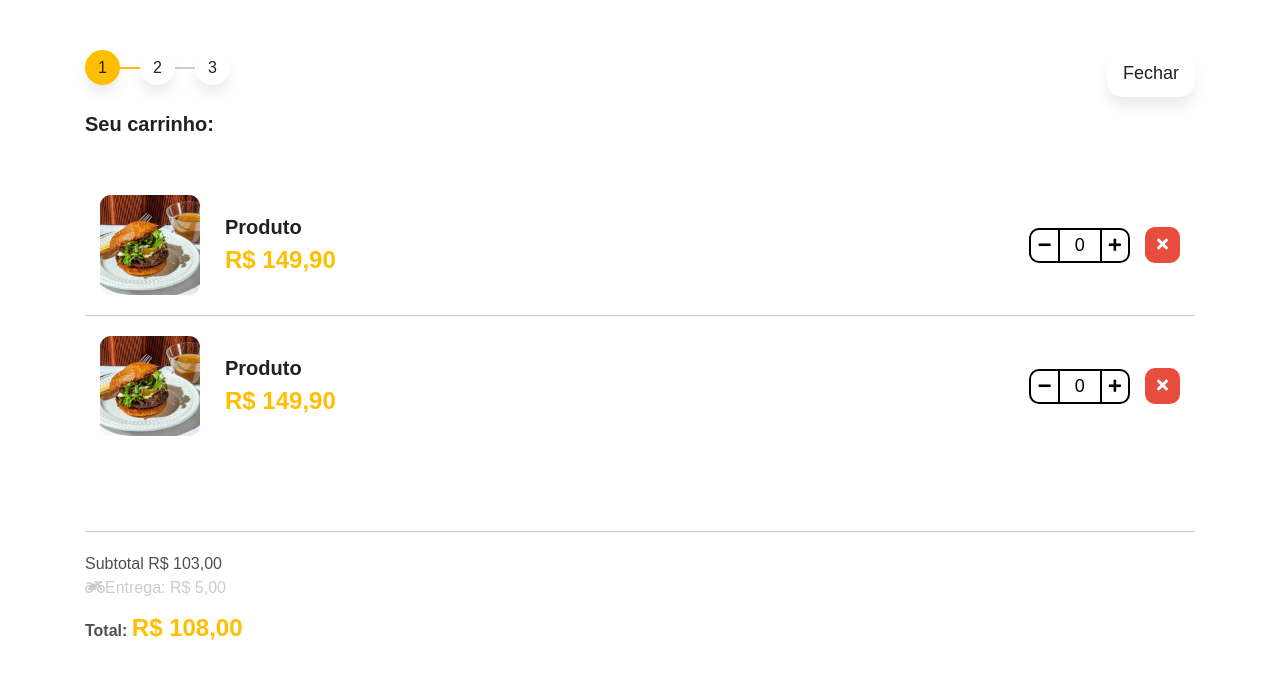
Repository: darkness318/restaraunt
Page: index.html
The author's editor kept a copy of each file at every save. The page is drawn from the files as they stood at one save, then again after the next save.
The browser window is 1280 px wide. The pictures show the window.
A layer covers the whole window, so only the first screen is drawn.

Above is the page before, as saved 2024-10-01 10:14:39.

### index.html
<!DOCTYPE html>
<html lang="pt-br">
  <head>
    <meta charset="UTF-8" />
    <meta name="viewport" content="width=device-width, initial-scale=1.0" />
    <title>Restaurente - Seja bem vindo!</title>
    <link rel="stylesheet" href="./css/bootstrap.min.css" />
    <link rel="stylesheet" href="./css/fontawesome.css" />
    <link rel="stylesheet" href="./css/main.css" />
  </head>

  <body>
    <section class="header">
      <div class="container">
        <nav class="navbar navbar-expand-lg pl-0 pr-0">
          <a class="navbar-brand" href="#">
            <img src="./img/logo.png" width="160" class="img-logo" />
          </a>
          <button
            class="navbar-toggler"
            type="button"
            data-toggle="collapse"
            data-target="#navbarNavDropdown"
          >
            <span class="navbar-toggler-icon">
              <i class="fas fa-bars"></i>
            </span>
          </button>
          <div class="collapse navbar-collapse" id="navbarNavDropdown">
            <ul class="navbar-nav ml-auto mr-auto">
              <li class="nav-item">
                <a href="#reservas" class="nav-link"><b>Reservas</b></a>
              </li>
              <li class="nav-item">
                <a href="#servicos" class="nav-link"><b>Serviços</b></a>
              </li>
              <li class="nav-item">
                <a href="#cardapio" class="nav-link"><b>Cardápio</b></a>
              </li>
              <li class="nav-item">
                <a href="#depoimentos" class="nav-link"><b>Depoimentos</b></a>
              </li>
            </ul>
            <a class="btn btn-white btn-icon">
              Meu carrinho
              <span class="icon">
                <i class="fa fa-shopping-bag"></i>
              </span>
            </a>
          </div>
        </nav>
      </div>
    </section>

    <section class="banner">
      <div class="container">
        <div class="row">
          <div class="col-6">
            <div class="d-flex text-banner">
              <h1>
                <b>Escolha sua comida <b class="color-primary">favorita.</b></b>
              </h1>
              <p>
                Aproveite nosso cardápio! Escolha o que desejar e receba em sua
                casa de forma rápida e segura.
              </p>
              <div>
                <a class="btn btn-yellow mt-4 mr-3"> Ver Cardápio </a>
                <a href="#" class="btn btn-white btn-icon-left mt-4">
                  <span class="icon-left">
                    <i class="fa fa-phone"></i>
                  </span>
                  (66) 9 9999-8888
                </a>
              </div>
            </div>
            <a class="btn btn-sm btn-white btn-social mt-4 mr-3">
              <i class="fab fa-instagram"></i>
            </a>
            <a class="btn btn-sm btn-white btn-social mt-4 mr-3">
              <i class="fab fa-facebook-f"></i>
            </a>
            <a class="btn btn-sm btn-white btn-social mt-4">
              <i class="fab fa-whatsapp"></i>
            </a>
          </div>
          <div class="col-6">
            <div class="card-banner"></div>
            <div class="d-flex img-banner">
              <img src="./img/burguer.png" />
            </div>
            <div class="card card-case">
              "Entrega rápida e funcionários simpáticos.
              <br />A comida chegou quente e <br />
              muito saborosa!"
              <span class="card-case-name">
                <b>Thiago Lopes</b>
              </span>
            </div>
          </div>
        </div>
      </div>
    </section>
    <section class="servicos" id="servicos">
      <div class="background-servicos"></div>

      <div class="container">
        <div class="class row">
          <div class="col-12 text-center mb-5">
            <span class="hint-title"><b>Serviços</b></span>
            <h1 class="title">
              <b>Como são nossos serviços?</b>
            </h1>
          </div>

          <div class="col-4 mb-5">
            <div class="card-icon text-center">
              <img src="./img/icone-pedido.svg" width="150 " />
            </div>

            <div class="card-text text-center mt-3">
              <p><b>Fácil de pedir</b></p>
              <span>
                Você só precisa de alguns passos para pedir sua comida.
              </span>
            </div>
          </div>

          <div class="col-4 mb-5">
            <div class="card-icon text-center">
              <img src="./img/icone-delivery.svg" width="250 " />
            </div>

            <div class="card-text text-center mt-3">
              <p><b>Entrega Rápida</b></p>
              <span> Nossa entrega é sempre pontual, rápida e segura. </span>
            </div>
          </div>

          <div class="col-4 mb-5">
            <div class="card-icon text-center">
              <img src="./img/icone-qualidade.svg" width="250 " />
            </div>

            <div class="card-text text-center mt-3">
              <p><b>Melhor qualidade</b></p>
              <span>
                Não só a rapidez na entrega, a qualidade também é o nosso forte.
              </span>
            </div>
          </div>
        </div>
      </div>
    </section>
    <section class="cardapio" id="cardapio">
      <div class="background-cardapio"></div>

      <div class="container">
        <div class="row">
          <div class="col-12 text-center mb-5">
            <span class="hint-title"><b>Cardápio</b></span>
            <h1 class="title">
              <b>Conheça o nosso Cardápio</b>
            </h1>
          </div>

          <div class="col-12 container-menu">
            <a class="btn btn-white btn-sm mr-3">
              <i class="fas fa-hamburger"></i>&nbsp;Burgers
            </a>
            <a class="btn btn-white btn-sm mr-3">
              <i class="fas fa-pizza-slice"></i>&nbsp;Pizzas
            </a>
            <a class="btn btn-white btn-sm mr-3">
              <i class="fas fa-drumstick-bite"></i>&nbsp;Churrasco
            </a>
            <a class="btn btn-white btn-sm mr-3">
              <i class="fas fa-bacon"></i>&nbsp;Steaks
            </a>
            <a class="btn btn-white btn-sm mr-3">
              <i class="fas fa-cocktail"></i>&nbsp;Bebidas
            </a>
            <a class="btn btn-white btn-sm mr-3">
              <i class="fas fa-ice-cream"></i>&nbsp;Sobremesas
            </a>
          </div>

          <div class="col-12">
            <div class="row" id="itensCardapio">
              <div class="col-3 mb-5">
                <div class="card card-item">
                  <div class="img-produto">
                    <img
                      src="./img/cardapio/burguers/burger-au-poivre-kit-4-pack.3ca0e39b02db753304cd185638dad518.jpg"
                    />
                  </div>
                  <p class="title-produto text-center mt-4">
                    <b>Nome do produto muito grande</b>
                  </p>
                  <p class="price-produto text-center">
                    <b>R$ 154,90</b>
                  </p>

                  <div class="add-carrinho">
                    <span class="btn-menos"><i class="fas fa-minus"></i></span>
                    <span class="btn-numero-itens">0</span>
                    <span class="btn-mais"><i class="fas fa-plus"></i></span>
                    <span class="btn btn-add"
                      ><i class="fa fa-shopping-bag"></i
                    ></span>
                  </div>
                </div>
              </div>

              <div class="col-3 mb-5">
                <div class="card card-item">
                  <div class="img-produto">
                    <img
                      src="./img/cardapio/burguers/burger-au-poivre-kit-4-pack.3ca0e39b02db753304cd185638dad518.jpg"
                    />
                  </div>
                  <p class="title-produto text-center mt-4">
                    <b>Nome do produto muito grande</b>
                  </p>
                  <p class="price-produto text-center">
                    <b>R$ 154,90</b>
                  </p>

                  <div class="add-carrinho">
                    <span class="btn-menos"><i class="fas fa-minus"></i></span>
                    <span class="btn-numero-itens">0</span>
                    <span class="btn-mais"><i class="fas fa-plus"></i></span>
                    <span class="btn btn-add"
                      ><i class="fa fa-shopping-bag"></i
                    ></span>
                  </div>
                </div>
              </div>

              <div class="col-3 mb-5">
                <div class="card card-item">
                  <div class="img-produto">
                    <img
                      src="./img/cardapio/burguers/burger-au-poivre-kit-4-pack.3ca0e39b02db753304cd185638dad518.jpg"
                    />
                  </div>
                  <p class="title-produto text-center mt-4">
                    <b>Nome do produto muito grande</b>
                  </p>
                  <p class="price-produto text-center">
                    <b>R$ 154,90</b>
                  </p>

                  <div class="add-carrinho">
                    <span class="btn-menos"><i class="fas fa-minus"></i></span>
                    <span class="btn-numero-itens">0</span>
                    <span class="btn-mais"><i class="fas fa-plus"></i></span>
                    <span class="btn btn-add"
                      ><i class="fa fa-shopping-bag"></i
                    ></span>
                  </div>
                </div>
              </div>

              <div class="col-3 mb-5">
                <div class="card card-item">
                  <div class="img-produto">
                    <img
                      src="./img/cardapio/burguers/burger-au-poivre-kit-4-pack.3ca0e39b02db753304cd185638dad518.jpg"
                    />
                  </div>
                  <p class="title-produto text-center mt-4">
                    <b>Nome do produto muito grande</b>
                  </p>
                  <p class="price-produto text-center">
                    <b>R$ 154,90</b>
                  </p>

                  <div class="add-carrinho">
                    <span class="btn-menos"><i class="fas fa-minus"></i></span>
                    <span class="btn-numero-itens">0</span>
                    <span class="btn-mais"><i class="fas fa-plus"></i></span>
                    <span class="btn btn-add"
                      ><i class="fa fa-shopping-bag"></i
                    ></span>
                  </div>
                </div>
              </div>
            </div>
          </div>
          <div class="col-12 text-center">
            <a class="btn btn-white btn-sm">Ver mais</a>
          </div>
        </div>
      </div>
    </section>
    <section class="depoimentos" id="depoimentos">
      <div class="background-depoimentos"></div>
      <div class="container">
        <div class="row">
          <div class="col-5 text-center">
            <div class="card-depoimentos"></div>
            <div class="d-flex img-banner">
              <img src="./img/pizzas.png" />
            </div>
          </div>

          <div class="col-7">
            <span class="hint-title"><b>Depoimentos</b></span>
            <h1 class="title">
              <b>O que dizem sobre nós</b>
            </h1>
            <div class="mb-5">
              <div class="depoimento" id="depoimento-1">
                <div class="container-dados-depoimento">
                  <div class="imagem-depoimento"></div>
                  <div>
                    <p class="nome-depoimento"><b>Diego Pereira</b></p>
                    <p class="nota-depoimento">
                      <i class="fas fa-star"></i>
                      <i class="fas fa-star"></i>
                      <i class="fas fa-star"></i>
                      <i class="fas fa-star"></i>
                      <i class="fas fa-star-half-alt"></i>&nbsp;
                      <span>4.5</span>
                    </p>
                  </div>
                </div>
                <p class="texto-depoimento">
                  <i class="fas fa-quote-left"></i>
                  <span>
                    Muito bom, recomendo demais! Comida muito bem feita pelo
                    chefe, atendimento dentro dos parâmetros e boa comunicação
                    com o cliente.
                  </span>
                  <i class="fas fa-quote-right"></i>
                </p>
              </div>

              <div class="depoimento hidden" id="depoimento-2">
                <div class="container-dados-depoimento">
                  <div class="imagem-depoimento"></div>
                  <div>
                    <p class="nome-depoimento"><b>Ana Beatriz</b></p>
                    <p class="nota-depoimento">
                      <i class="fas fa-star"></i>
                      <i class="fas fa-star"></i>
                      <i class="fas fa-star"></i>
                      <i class="fas fa-star"></i>
                      <i class="fas fa-star"></i>&nbsp; <span>5.0</span>
                    </p>
                  </div>
                </div>
                <p class="texto-depoimento">
                  <i class="fas fa-quote-left"></i>
                  <span>
                    Um jantar perfeito do começo ao fim. Comida, experiência,
                    serviço... foi tão maravilhoso que fomos dois dias seguidos
                    - fato inédito para mim em uma viagem.
                  </span>
                  <i class="fas fa-quote-right"></i>
                </p>
              </div>

              <div class="depoimento hidden" id="depoimento-3">
                <div class="container-dados-depoimento">
                  <div class="imagem-depoimento"></div>
                  <div>
                    <p class="nome-depoimento"><b>João Guilherme</b></p>
                    <p class="nota-depoimento">
                      <i class="fas fa-star"></i>
                      <i class="fas fa-star"></i>
                      <i class="fas fa-star"></i>
                      <i class="fas fa-star"></i>
                      <i class="far fa-star"></i>&nbsp; <span>4.0</span>
                    </p>
                  </div>
                </div>
                <p class="texto-depoimento">
                  <i class="fas fa-quote-left"></i>
                  <span>
                    A comida estava excelente e o serviço gentil nos
                    surpreendeu! Dica: reserve umas 3 horas para ter uma
                    experiência incrível.
                  </span>
                  <i class="fas fa-quote-right"></i>
                </p>
              </div>
            </div>

            <a class="btn btn-sm btn-white btn-social mr-3 active">1</a>
            <a class="btn btn-sm btn-white btn-social mr-3">2</a>
            <a class="btn btn-sm btn-white btn-social">3</a>
          </div>
        </div>
      </div>
    </section>
    <section class="reserva" id="reserva">
      <div class="container">
        <div class="row">
          <div class="col-12">
            <div class="card-secondary">
              <div class="row">
                <div class="col-7">
                  <span class="hint-title"><b>Reserva</b></span>
                  <h1 class="title">
                    <b>Quer reservar um horário?</b>
                  </h1>
                  <p class="pr-5">
                    Mande uma mensagem clicando no botão abaixo
                    <br />
                    Reserve sua data e horário de forma simples e rápida.
                  </p>
                  <a class="btn btn-yellow mt-4"> Fazer reserva </a>
                </div>

                <div class="col-5">
                  <div class="card-reserva"></div>
                  <div class="d-flex img-banner">
                    <img src="./img/icone-reserva.svg" />
                  </div>
                </div>
              </div>
            </div>
          </div>
        </div>
      </div>
    </section>

    <section class="footer">
      <div class="container">
        <div class="row">
          <div class="col-3 container-logo-footer">
            <img class="logo-footer" src="./img/logo.png" />
          </div>

          <div class="col-6 container-texto-footer">
            <p class="mb-0">
              <b>Menu On-line</b> &copy; Todos os direitos reservados
            </p>
          </div>

          <div class="col-3 container-redes-footer">
            <a class="btn btn-sm btn-white btn-social mr-3">
              <i class="fab fa-instagram"></i>
            </a>
            <a class="btn btn-sm btn-white btn-social mr-3">
              <i class="fab fa-facebook-f"></i>
            </a>
            <a class="btn btn-sm btn-white btn-social">
              <i class="fab fa-whatsapp"></i>
            </a>
          </div>
        </div>
      </div>
    </section>

    <div class="modal-full" id="modalCarrinho">
      <div class="m-header">
        <div class="container">
          <a class="btn btn-white btn-sm float-right"> Fechar </a>

          <div class="etapas">
            <div class="etapa etapa1 active">1</div>
            <div class="etapa etapa2">2</div>
            <div class="etapa etapa3">3</div>
          </div>
          <p class="title-carrinho mt-4">
            <b id="lblTituloEtapa">Seu carrinho:</b>
          </p>
        </div>
      </div>

      <div class="m-body">
        <div class="container">
          <div id="itensCarrinho" class="row mr-0 ml-0">
            <div class="col-12 item-carrinho">
              <div class="img-produto">
                <img
                  src="./img/cardapio/burguers/burger-au-poivre-kit-4-pack.3ca0e39b02db753304cd185638dad518.jpg"
                />
              </div>
              <div class="dados-produto">
                <p class="title-produto"><b>Produto</b></p>
                <p class="price-produto"><b>R$ 149,90</b></p>
              </div>
              <div class="add-carrinho">
                <span class="btn-menos"><i class="fas fa-minus"></i></span>
                <span class="btn-numero-itens">0</span>
                <span class="btn-mais"><i class="fas fa-plus"></i></span>
                <span class="btn btn-remove"><i class="fa fa-times"></i></span>
              </div>
            </div>
            <!-- segundo item do carrinho   -->
            <div class="col-12 item-carrinho">
              <div class="img-produto">
                <img
                  src="./img/cardapio/burguers/burger-au-poivre-kit-4-pack.3ca0e39b02db753304cd185638dad518.jpg"
                />
              </div>
              <div class="dados-produto">
                <p class="title-produto"><b>Produto</b></p>
                <p class="price-produto"><b>R$ 149,90</b></p>
              </div>
              <div class="add-carrinho">
                <span class="btn-menos"><i class="fas fa-minus"></i></span>
                <span class="btn-numero-itens">0</span>
                <span class="btn-mais"><i class="fas fa-plus"></i></span>
                <span class="btn btn-remove"><i class="fa fa-times"></i></span>
              </div>
            </div>
          </div>

          <div id="localEntrega" class="row mr-0 ml-0 hidden"></div>

          <div id="resumoCarrinho" class="row mr-0 ml-0 hidden"></div>
        </div>
      </div>

      <div class="m-footer">
        <div class="container">
          <div class="container-total textright mb-4 ">
            <p class="mb-0">
              <span>Subtotal</span>
              <span id="lblSubtotal">R$ 103,00</span>
            </p>
            <p class="mb-0 texto-entrega">
              <span><i class="fas fa-motorcycle"></i>Entrega:</span>
              <span id="lblValorEntrega">R$ 5,00</span>
            </p>
            <p class="mb-0 texto-total"></p>
              <span><b>Total:</b></span>
              <span class="valor-total" id="lblValorTotal"><b>R$ 108,00</b></span>
            </p>
          </div>
        </div>
      </div>
    </div>

    <script type="text/javascript" src="./js/jquery-1.12.4.min.js"></script>
    <script type="text/javascript" src="./js/modernizr-3.5.0.min.js"></script>
    <script type="text/javascript" src="./js/bootstrap.min.js"></script>
    <script type="text/javascript" src="./js/popper.min.js"></script>
  </body>
</html>

Loaded but not shown: css/bootstrap.min.css (library); css/fontawesome.css (library); js/jquery-1.12.4.min.js (library); js/modernizr-3.5.0.min.js (library); js/bootstrap.min.js (library); js/popper.min.js (library); css/main.css (621 lines, source omitted)

After the next save:
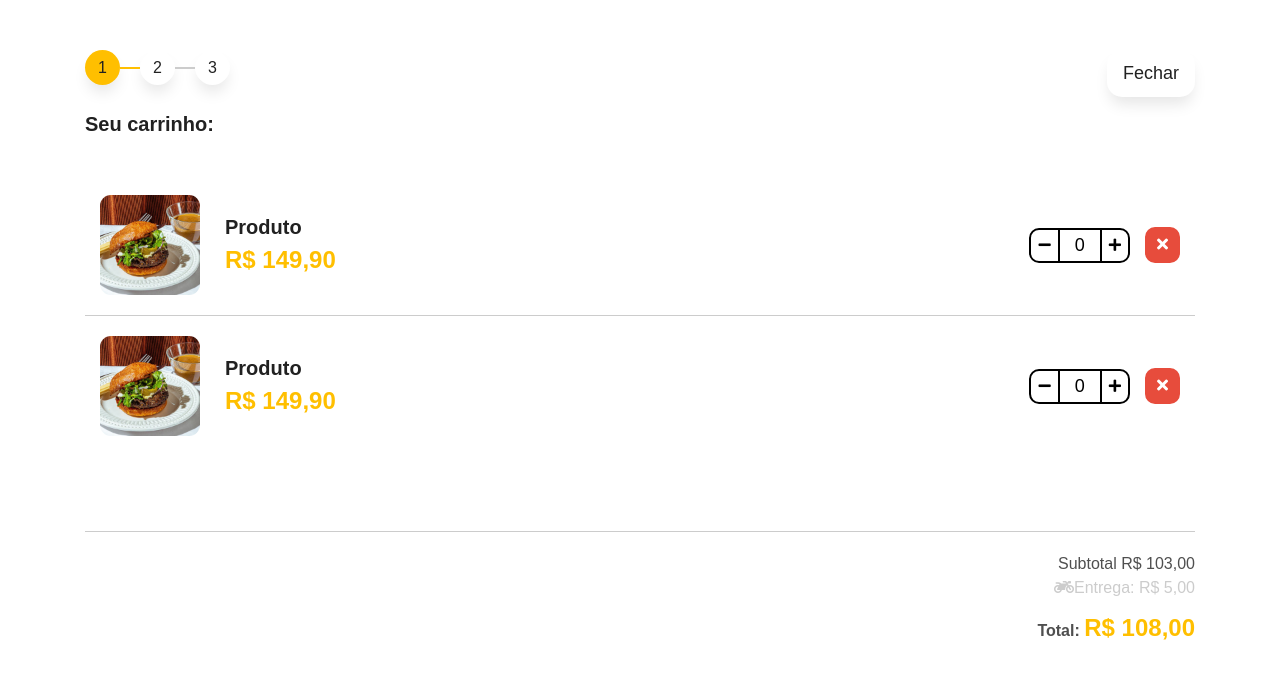
Saved 1 s later.
--- a/index.html
+++ b/index.html
@@ -519,7 +519,7 @@
 
       <div class="m-footer">
         <div class="container">
-          <div class="container-total textright mb-4 ">
+          <div class="container-total text-right mb-4 ">
             <p class="mb-0">
               <span>Subtotal</span>
               <span id="lblSubtotal">R$ 103,00</span>
